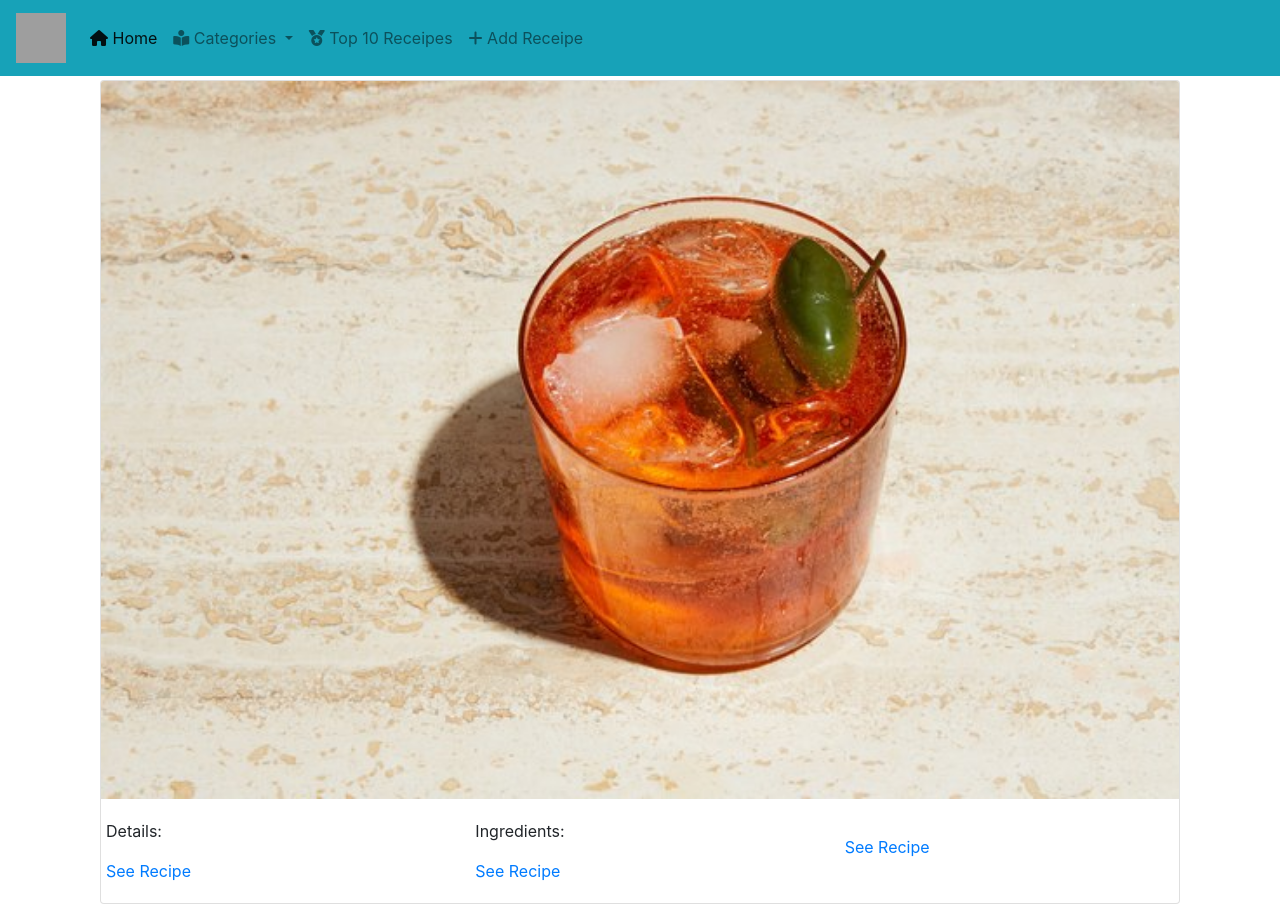
Repository: toderas/Flask-Cook-Book
Page: templates/showrecipe.html
The author's editor kept a record of every edit. The page is drawn from the files as they stood at one moment, then again after the next edit.
The browser window is 1280 px wide. The pictures show the whole page.
Pictures or frames that could not be fetched are drawn as grey boxes. Some web libraries are served in a nearby version. The page is served by the project's application, run on Flask 3 (cookbook.py). The template is opened directly, without the code that normally fills it, so the values that code supplies are empty.

Above is the page before.

After the next edit:
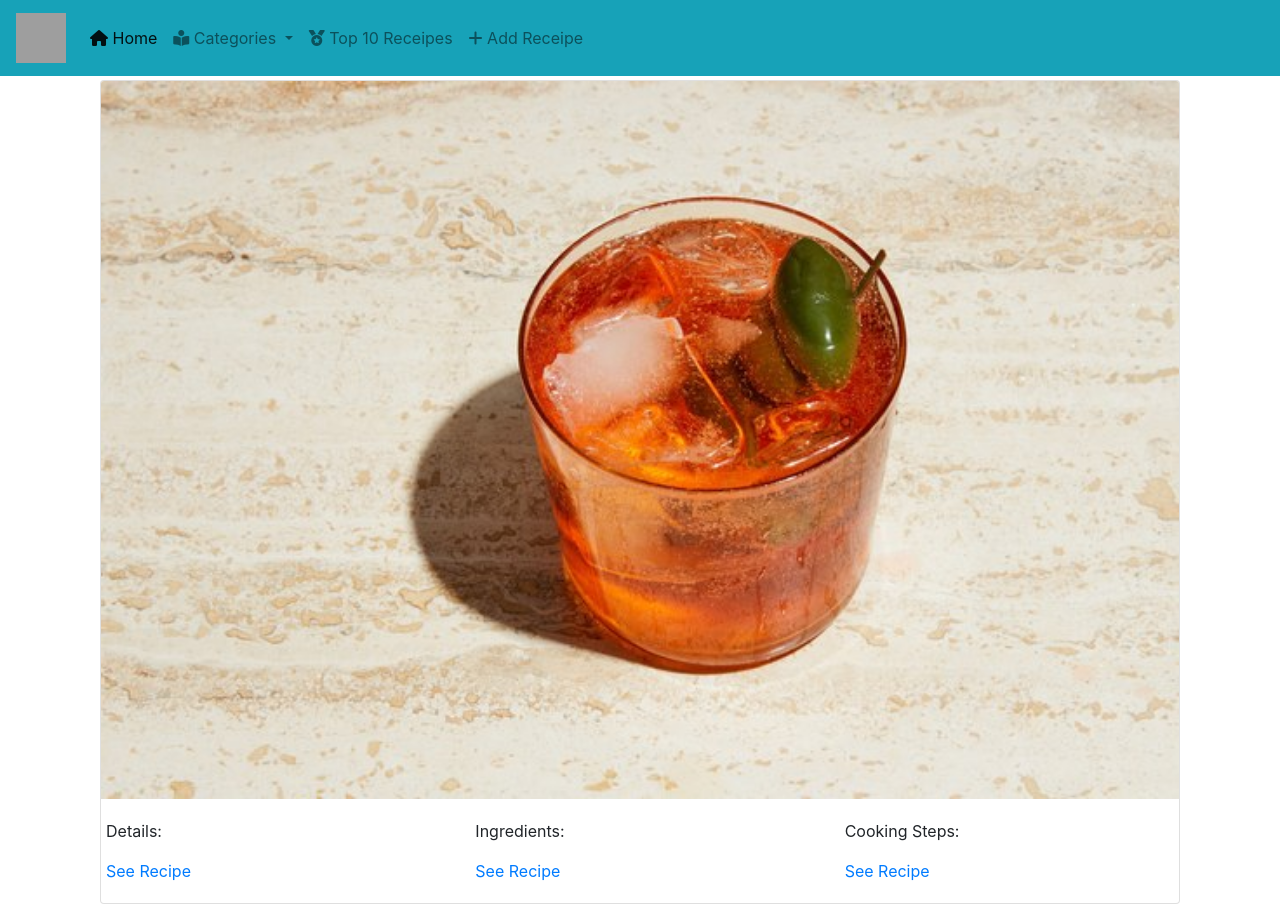
The edit:
--- a/templates/showrecipe.html
+++ b/templates/showrecipe.html
@@ -21,6 +21,7 @@
       <a href="{{url_for('show_recipe', recipe_id=recipe._id)}}">See Recipe</a>
     </div>
     <div class="card-body col-12 col-sm-4">
+      <span>Cooking Steps:</span>
       <h5 class="card-title">{{recipe.dish_name}}</h5>
       <p class="card-text">{{recipe.dish_author}}</p>
       <p class="card-text"><small class="text-muted">{{recipe.dish_required_skill}}</small></p>
